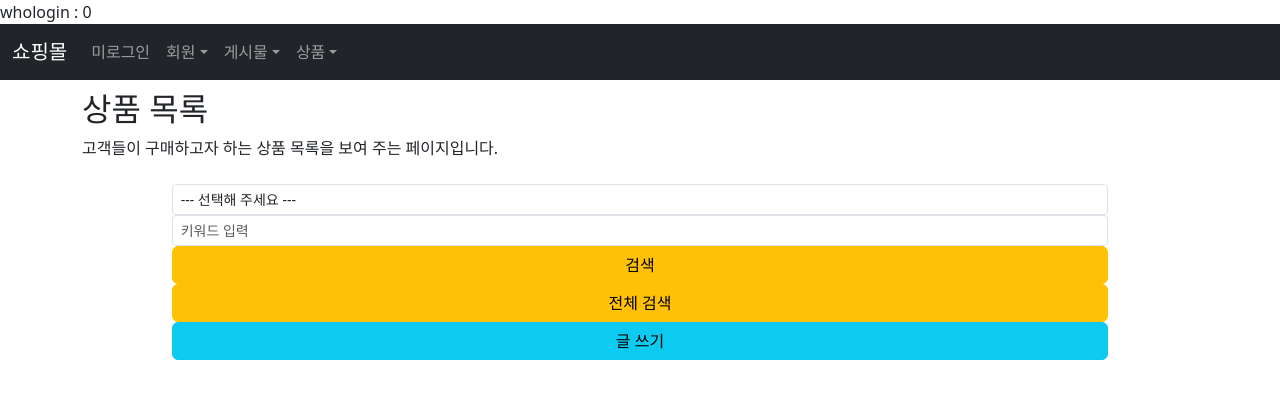
Repository: Sain-Clair/Team5
Page: http://localhost/Student/product/prList.jsp
The author's editor kept a copy of each file at every save. The page is drawn from the files as they stood at one save, then again after the next save.
The browser window is 1280 px wide. The pictures show the whole page.
The page is served by Tomcat 9. The template is opened directly, without the code that normally fills it, so the values that code supplies are empty.

Above is the page before, as saved 2023-09-07 03:53:07.

After the next save:
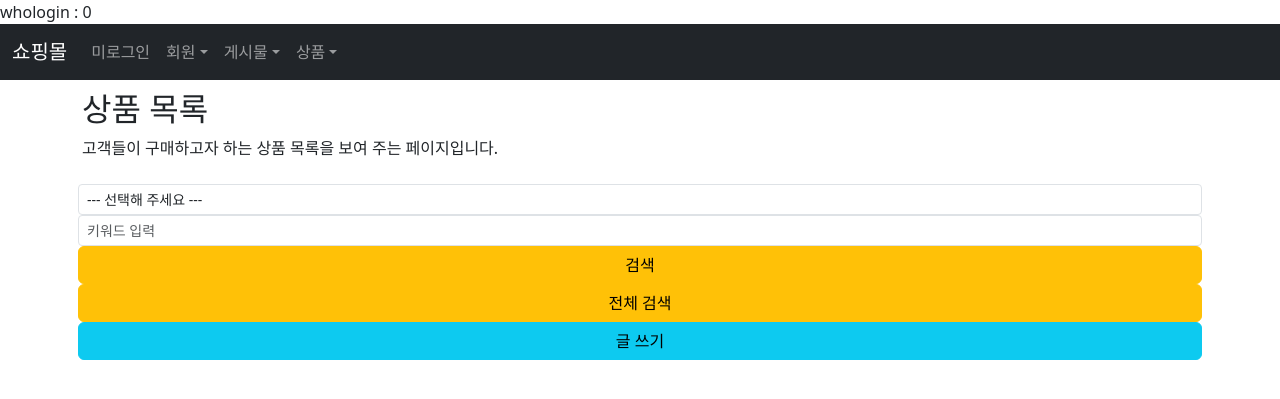
Saved 38 s later.
--- a/Student/src/main/webapp/product/prList.jsp
+++ b/Student/src/main/webapp/product/prList.jsp
@@ -55,7 +55,7 @@
 					<td colspan="7" align="right">
 						<div class="row">
 							<div class="col-sm-1"></div><!-- grid 화면을 12개로 분할. 그 중에 1 -->
-							<div class="col-sm-10">
+							<div >
 							<!-- //////////////// -->
 								<form name="myform" action="<%=withFormTag%>" method="get">
 									<input type="hidden" name="command" value="prList">
